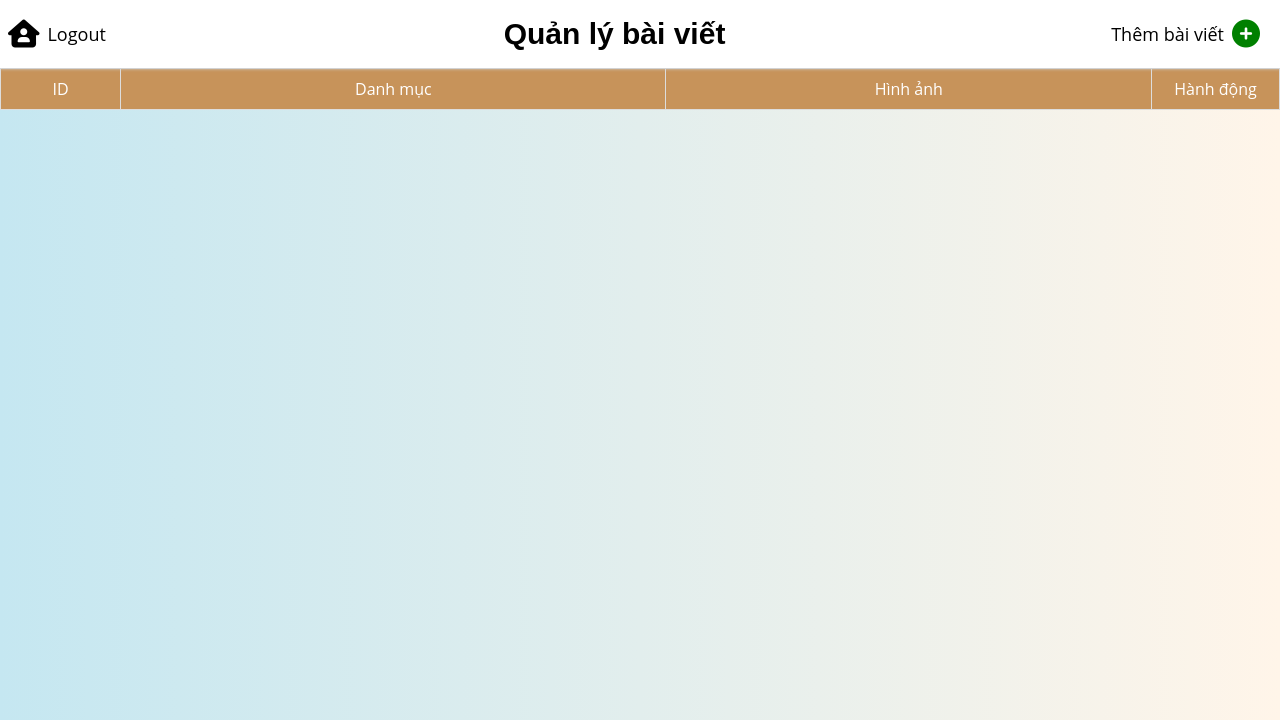
Repository: ThangNguyenT5/phpDavang
Page: http://localhost/admin/admin.php
An editor plug-in stored every save of this project. The page is shown before and after the next save, followed by the edit.
The browser window is 1280 px wide. The pictures show the whole page.
Some web libraries are served in a nearby version. The page is run by PHP 8.4 with error messages shown; the project is at /var/www/html/. Queries for data that is not in the repository find no rows.

Above is the page before, as saved 2023-06-24 15:13:48.

### admin/admin.php
<?php
    require("../connect_db.php");
    $sql = "SELECT * FROM `product`";
    $query = mysqli_query($conn,$sql);
?>
<!DOCTYPE html>
<html lang="vi">
<head>
    <meta charset="UTF-8">
    <meta http-equiv="X-UA-Compatible" content="IE=edge">
    <meta name="viewport" content="width=device-width, initial-scale=1.0">
    <link rel="icon" href="../assets/img/Logo.png">
    <link rel="stylesheet" href="../assets/css/base.css?v=<?php echo time(); ?>">
    <link rel="stylesheet" href="../assets/css/main_admin.css?v=<?php echo time(); ?>">
    <title>Admin Da Vàng</title>
</head>
<body>
    <div class="admin">
        <div class="heading_admin_form">
            <a class="btn_nav" href="../index.php">
                <i class="fa-solid fa-house-user icon-home"></i>
                Logout
            </a>
            <a class="heading_nav" href="#">Quản lý bài viết</a>
            <a class="btn_nav" href="./create.php">
                Thêm bài viết
                <i class="fa-solid fa-circle-plus icon-color"></i>
            </a>
        </div>
        <table id="productList">
            <tr>
                <th>ID</th>
                <th>Danh mục</th>
                <th>Hình ảnh</th>
                <th>Hành động</th>
            </tr>
            <?php
                while ($row = mysqli_fetch_array($query)) {
            ?>
            <tr>
                <td><?= $row['id'] ?></td>
                <td><?= $row['title'] ?></td>
                <td>
                    <img style="width: 200px; height: 200px" src="./images/<?= $row['imgUrl'] ?>" alt="">
                </td>
                <td>
                    <a class="btn_control" href="update.php?id=<?= $row['id'] ?> ">
                        <i class="fa-solid fa-pen-to-square icon_edit"></i>
                    </a>
                    <a class="btn_control" href="delete.php?id=<?= $row['id'] ?>"
                        onclick="return delPost()">
                        <i class="fa-solid fa-trash icon_trash"></i>
                    </a>
                </td>
            </tr>
            <?php } ?>
        </table>
    </div>
</body>
<script src="https://kit.fontawesome.com/0eca951f73.js" crossorigin="anonymous"></script>
<script>
    function delPost() {
        var conf = confirm(`Xóa thiệt khum ?`);
        return conf;
    }
</script>
</html>

### connect_db.php
<?php
$servername = "localhost";
$username = "root";
$password = "";
$database = "db_davang";

// Create connection
$conn = new mysqli($servername, $username, $password, $database);

// Check connection
if ($conn->connect_error) {
    die("Connection failed: " . $conn->connect_error);
}
// echo "Connected successfully";
?>

### assets/css/base.css
/* reset Css */
* {
    padding: 0;
    margin: 0;
    box-sizing: inherit;
}

html {
    font-size: 62.5%;
    line-height: 1.6rem;
    font-family: 'Georgia', sans-serif;
    box-sizing: border-box;
    scroll-behavior: smooth;
}

.main {
    overflow: hidden;
}

/* Var */
:root {
    --white-color: #fff;
    --black-color: #000;
    --text-color: #333;
    --primary-color: #c7935a;
    --border-color: #ccc;
    --header-height: 50px;
    --navbar-min-width: 300px;
}

/* Animation */
@keyframes opacityUp {
    from {
        opacity: 0;
    }

    to {
        opacity: 1;
    }
}

@keyframes slideIn {
    from {
        opacity: 0;
        transform: translateX(100%);
    }

    to {
        opacity: 1;
        transform: translateX(0);
    }
}

### assets/css/main_admin.css
* {
    padding: 0;
    margin: 0;
    box-sizing: border-box;
}

html {
    color: #333;
    font-size: 62.5%;
    font-family: "Open Sans", sans-serif;
    background-image: linear-gradient(to right, #c5e7f1, #fff5e9);
}

.heading_admin_form {
    top: 0;
    position: fixed;
    width: 100%;
    padding: 8px;
    background-color: #fff;
    box-shadow: 0 1px 3px #ccc;
    display: flex;
    justify-content: space-between;
    align-items: center;
}

.heading_nav {
    text-decoration: none;
    color: #000;
    font-size: 30px;
    font-weight: 800;
    font-family: sans-serif;
}

.create {
    min-height: 100vh;
    display: flex;
    justify-content: center;
}

.heading_form {
    display: flex;
    align-items: center;
}

.form-group {
    margin-bottom: 16px;
}

.form-submit {
    outline: none;
    background-color: #c7935a;
    margin-top: 12px;
    padding: 12px 16px;
    font-weight: 600;
    color: #fff;
    border: none;
    width: 100%;
    font-size: 14px;
    border-radius: 8px;
    cursor: pointer;
}

.form-submit:hover {
    opacity: 0.9;
}

.btn_nav {
    display: flex;
    align-items: center;
    padding: 12px;
    margin-left: -12px;
    font-size: 18px;
    text-decoration: none;
    color: #000;
}

.form {
    font-size: 14px;
    width: 600px;
    min-height: 100px;
    padding: 32px 24px;
    background: #fff;
    border-radius: 2px;
    margin: 24px;
    align-self: center;
    box-shadow: 0 2px 5px 0 rgba(51, 62, 73, 0.1);
}

.form-label {
    font-weight: 700;
    padding-bottom: 6px;
    line-height: 18px;
    font-size: 16px;
}

.form-control input {
    cursor: pointer;
}

.radio {
    display: flex;
    justify-content: space-between;
}

.form-control:focus {
    border-color: #c7935a;
}

.spacer {
    margin-top: 36px;
}

#productList {
    margin-top: 68px;
    border-collapse: collapse;
    width: 100%;
}

#productList td,
#productList th {
    font-size: 14px;
    font-weight: 500;
    text-align: center;
    border: 1px solid #ddd;
    padding: 8px;
}

#productList td:first-child {
    width: 5%;
}

#productList th:last-child {
    width: 10%;
}

#productList tr:nth-child(even) {
    background-color: #f2f2f2;
}

#productList tr {
    transition: all 0.3s linear;
}

#productList tr:hover {
    background-color: #ddd;
}

#productList th {
    font-size: 16px;
    padding: 12px 0;
    text-align: center;
    background-color: #c7935a;
    color: #fff;
}

.icon_nav {
    cursor: pointer;
    transition: all 0.3s linear;
}

.icon_nav:hover {
    color: #c7935a;
}

.icon-color {
    font-size: 28px;
    margin-left: 8px;
    color: green;
}

.icon-home {
    font-size: 28px;
    margin-right: 8px;
}

.btn_control {
    color: #000;
    padding: 8px;
    font-size: 28px;
    text-decoration: none;
}

.btn_control:first-child {
    margin-right: 38px;
}

.btn_control:last-child {
    margin-left: 38px;
}

.icon_edit,
.icon_trash {
    cursor: pointer;
    transition: all 0.3s linear;
}

.icon_edit:hover {
    color: green;
    opacity: 0.9;
}

.icon_trash:hover {
    color: red;
    opacity: 0.9;
}

After the next save:
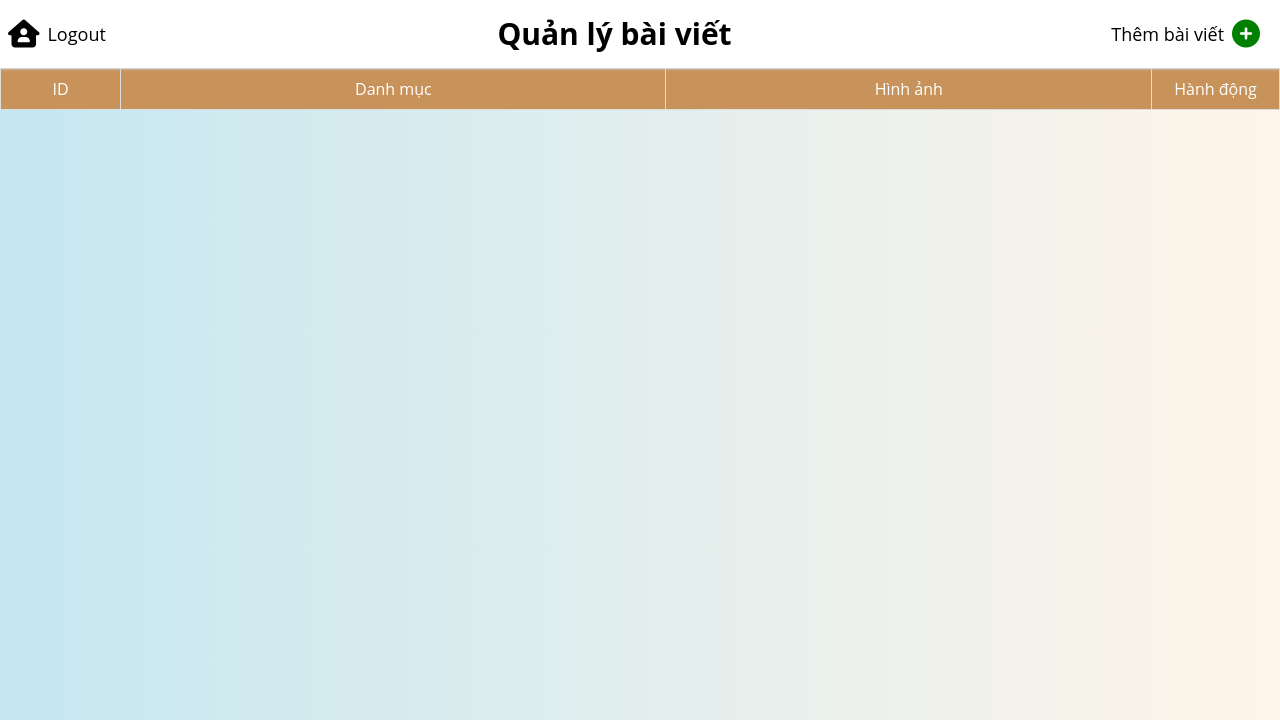
Saved 14 s later.
--- a/assets/css/main_admin.css
+++ b/assets/css/main_admin.css
@@ -28,7 +28,7 @@ html {
     color: #000;
     font-size: 30px;
     font-weight: 800;
-    font-family: sans-serif;
+    font-family: system-ui;
 }
 
 .create {
